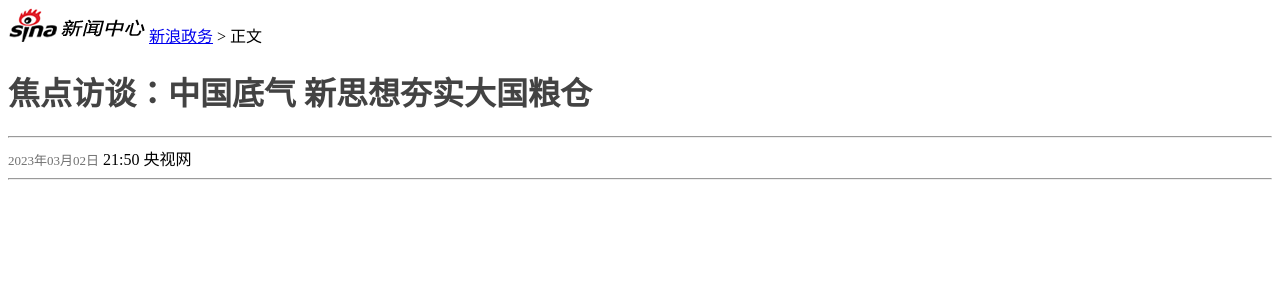
Repository: normalSp/HTMLLearn
Page: 02. 新浪新闻-标题-样式.html
An editor plug-in stored every save of this project. The page is shown before and after the next save, followed by the edit.
The browser window is 1280 px wide. The pictures show the whole page.

Above is the page before, as saved 2024-04-12 14:18:04.

### 02. 新浪新闻-标题-样式.html
<!-- 文档类型为HTML -->
<!DOCTYPE html>
<html lang="en">
<head>
    <!-- 字符集为UTF-8 -->
    <meta charset="UTF-8">
    <!-- 设置浏览器兼容性 -->
    <meta http-equiv="X-UA-Compatible" content="IE=edge">
    <meta name="viewport" content="width=device-width, initial-scale=1.0">
    <title>焦点访谈：中国底气 新思想夯实大国粮仓</title>

    <!-- 方式二：内联样式 -->
    <!-- <style>
        h1{
            color:red;
        }
    </style> -->

    <!-- 方法三：外联样式 -->
    <link rel="stylesheet" href="./css/new.css">

</head>
<body>
    <img src="img/news_logo.png"> <a href="http://gov.sina.com.cn/" target="_self">新浪政务</a> > 正文

    <!-- 方式一：行内样式 -->
    <!-- <h1 style="color: rgb(217, 23, 23);">焦点访谈：中国底气 新思想夯实大国粮仓</h1> -->
    <h1>焦点访谈：中国底气 新思想夯实大国粮仓</h1>




    <hr>
    <span class="date">2023年03月02日</span>
     <span>21:50 央视网</span>
    <hr>

</body>
</html>

### css/new.css
h1{
    color: #434343;
}
/* span{
    color: #434343;
} */

.date{
    color: #707070;
    font-size: small;
}

After the next save:
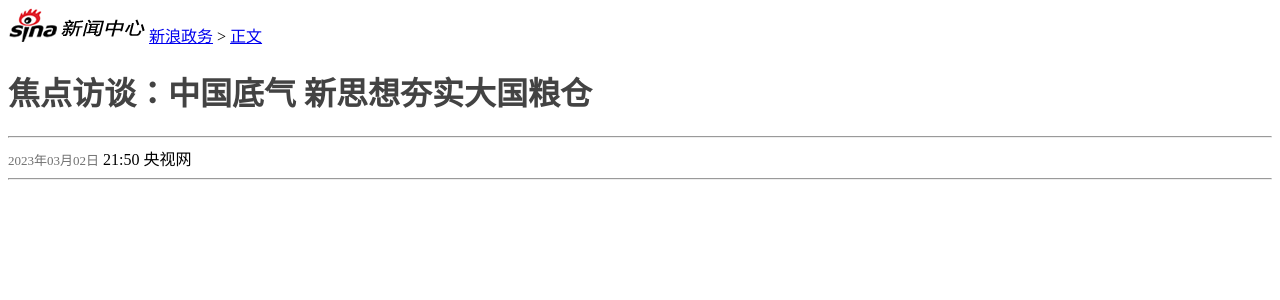
Saved 43 s later.
--- a/02. 新浪新闻-标题-样式.html
+++ b/02. 新浪新闻-标题-样式.html
@@ -21,7 +21,8 @@
 
 </head>
 <body>
-    <img src="img/news_logo.png"> <a href="http://gov.sina.com.cn/" target="_self">新浪政务</a> > 正文
+    <img src="img/news_logo.png"> <a href="http://gov.sina.com.cn/" target="_self">新浪政务</a> >
+    <a href="https://www.bilibili.com/">正文</a>
 
     <!-- 方式一：行内样式 -->
     <!-- <h1 style="color: rgb(217, 23, 23);">焦点访谈：中国底气 新思想夯实大国粮仓</h1> -->
